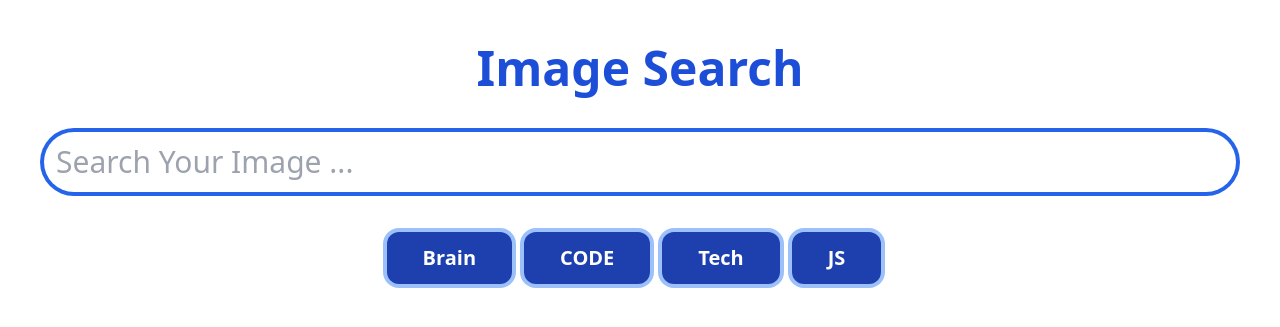
Repository: rkrukshan/react-image-gallery
Page: /
An editor plug-in stored every save of this project. The page is shown before and after the next save, followed by the edit.
The browser window is 1280 px wide. The pictures show the whole page.
The project was rebuilt for these pictures with package versions that can differ from the ones it lists, and the page was loaded fresh each time. Also part of the build but not shown: vite.config.js.

Above is the page before, as saved 2025-01-07 17:16:34.

After the next save:
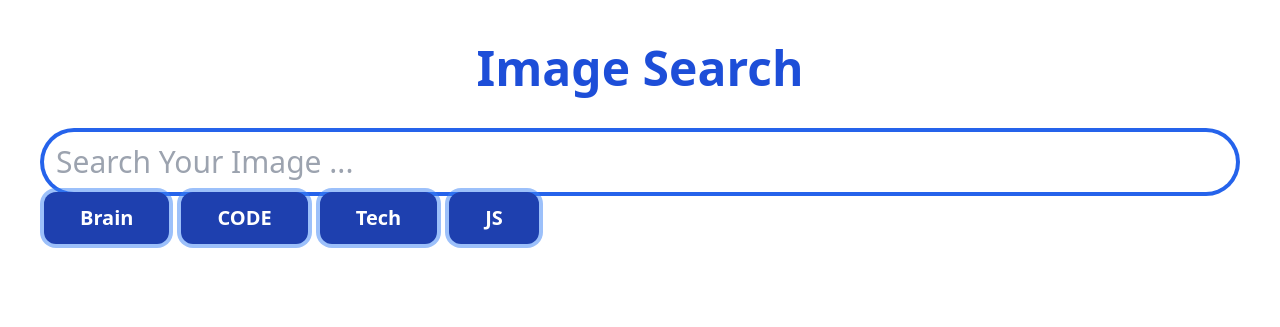
Saved 23 s later.
--- a/src/assets/components/Gallery.jsx
+++ b/src/assets/components/Gallery.jsx
@@ -51,7 +51,7 @@
           />
         </form>
       </div>
-      <div className="flex justify-center mt-10 mx-auto">
+      <div className="">
         <button className="btn" onClick={() => btnSearch("Brain")}>
           Brain
         </button>

After the save that followed:
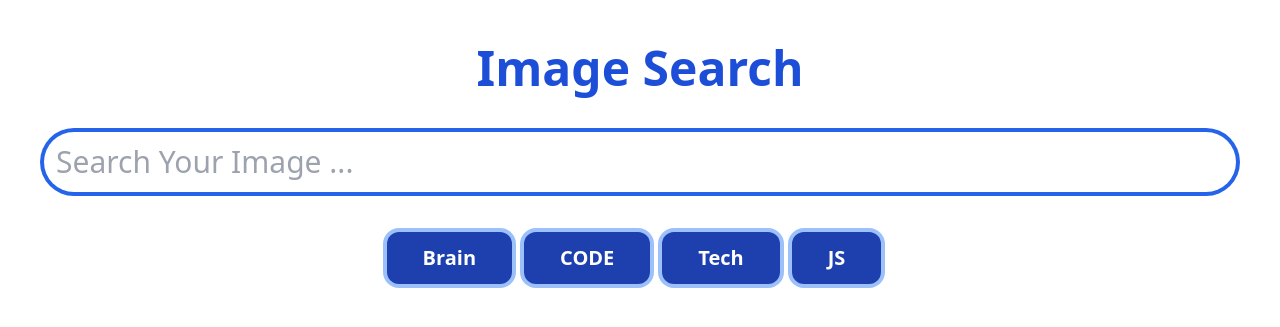
Saved 12 s later.
--- a/src/assets/components/Gallery.jsx
+++ b/src/assets/components/Gallery.jsx
@@ -51,7 +51,7 @@
           />
         </form>
       </div>
-      <div className="">
+      <div className="flex justify-center mt-10 mx-auto">
         <button className="btn" onClick={() => btnSearch("Brain")}>
           Brain
         </button>
@@ -70,7 +70,7 @@
       {img.map((pic) => {
         return (
           <div key={pic.id} className="">
-           <img className="" src={pic.urls.small} alt={pic.alt_description} />
+           <img className="wi" src={pic.urls.small} alt={pic.alt_description} />
           </div>
         );
       })}
